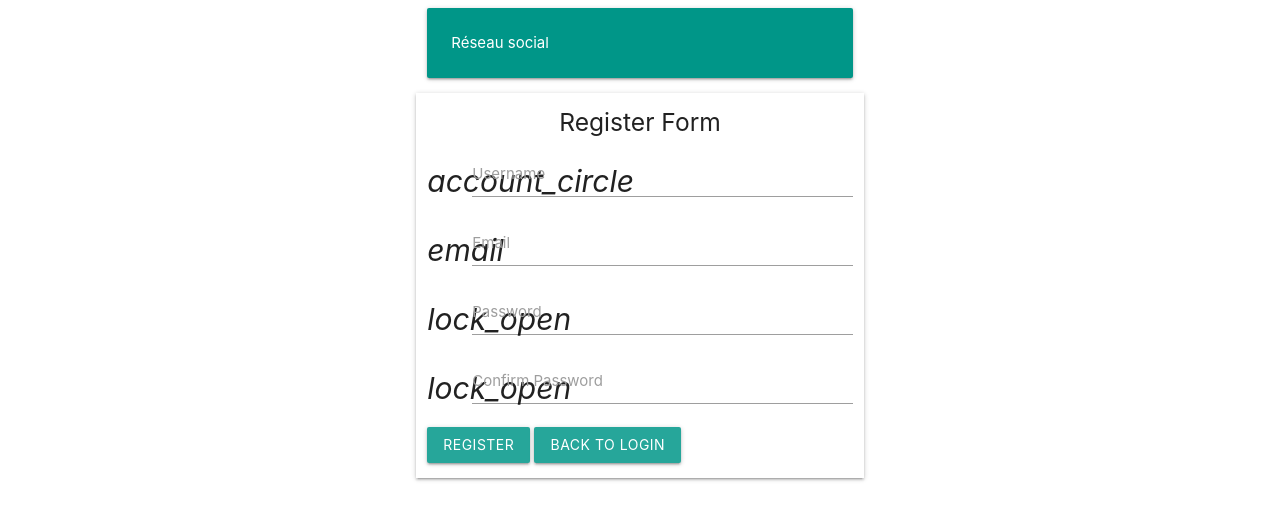
Repository: thdal/Atelier_JEE_16_02
Page: http://localhost/Atelier_JEE_16_02/WEB-INF/pages/connexion/FormRegister.jsp
The author's editor kept a copy of each file at every save. The page is drawn from the files as they stood at one save, then again after the next save.
The browser window is 1280 px wide. The pictures show the whole page.
The page is served by Tomcat 9. Nobody is signed in. Other server files are loaded and not shown. The template is opened directly, without the code that normally fills it, so the values that code supplies are empty.

Above is the page before, as saved 2021-02-22 07:17:34.

### Atelier_JEE_16_02/src/main/webapp/WEB-INF/pages/connexion/FormRegister.jsp
<%@ page language="java" contentType="text/html; charset=ISO-8859-1"
    pageEncoding="ISO-8859-1"%>
<!DOCTYPE>
<html>
<head>
<link rel="stylesheet" href="https://cdnjs.cloudflare.com/ajax/libs/materialize/1.0.0/css/materialize.min.css">
	  <link href="https://fonts.googleapis.com/icon?family=Material+Icons" rel="stylesheet">
<meta http-equiv="Content-Type" content="text/html; charset=ISO-8859-1">
<title>Formulaire d'enregistrement</title>
</head>
<body>
<div class="container">

      <div class="row">
       <div class="col s6 offset-s3 ">
	        <div class="card-panel teal">
	          <span class="white-text">Réseau social</span>
	        </div>
	      </div>

          <div class="col s6 offset-s3 z-depth-1" id="panell">
            <h5 style="text-align: center;" id="title">Register Form</h5>
            <form>

        <div class="input-field" id="username">
        	 <i class="material-icons prefix">account_circle</i>
	         <input  type="text" class="validate">
	         <label for="username">Username</label>
        </div>
        <div class="input-field" id="username">
             <i class="material-icons prefix">email</i>
	         <input  type="text" class="validate">
	         <label for="username">Email</label>
        </div>
        <div class="input-field" id="password">
            <i class="material-icons prefix">lock_open</i>
            <input  type="password" class="validate">
            <label for="password">Password</label>
        </div>
        <div class="input-field" id="password">
            <i class="material-icons prefix">lock_open</i>
            <input  type="password" class="validate">
            <label for="password">Confirm Password</label>
        </div>
        <a class="waves-effect waves-light btn" id="loginbtn">Register</a>
        <a href="connexion" class="waves-effect waves-light btn" id="loginbtn">Back to login</a>

        </form>

        </div>
      </div>

    </div>

</body>
    <script src="https://cdnjs.cloudflare.com/ajax/libs/materialize/1.0.0/js/materialize.min.js"></script>
</html>

After the next save:
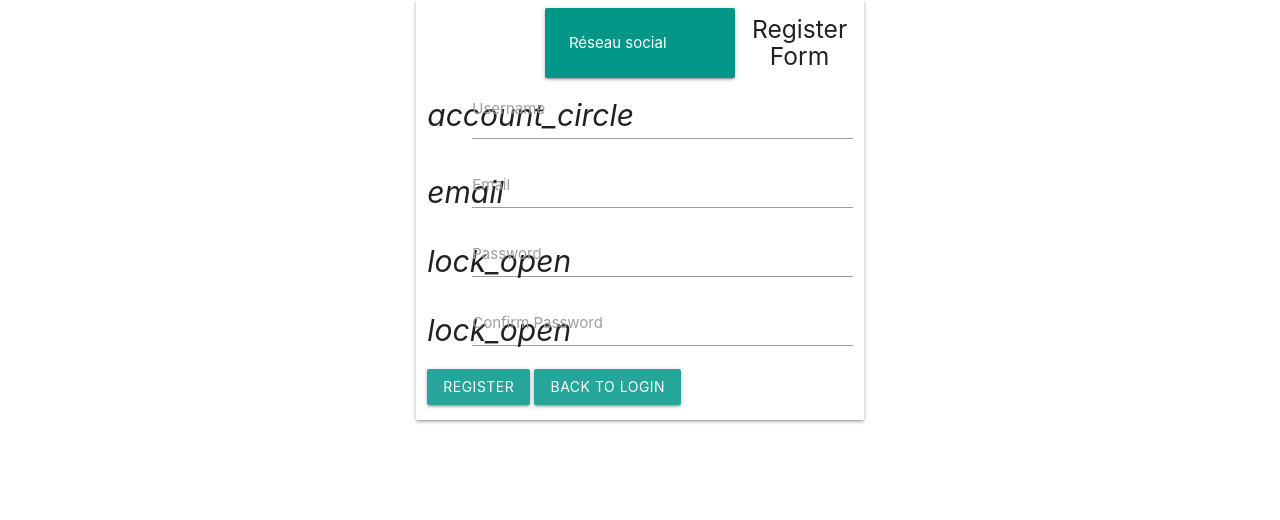
Saved 83 s later.
--- a/Atelier_JEE_16_02/src/main/webapp/WEB-INF/pages/connexion/FormRegister.jsp
+++ b/Atelier_JEE_16_02/src/main/webapp/WEB-INF/pages/connexion/FormRegister.jsp
@@ -12,13 +12,14 @@
 <div class="container">
 
       <div class="row">
+      <div class="col s6 offset-s3 z-depth-1" id="panell">
        <div class="col s6 offset-s3 ">
 	        <div class="card-panel teal">
 	          <span class="white-text">Réseau social</span>
 	        </div>
 	      </div>
 
-          <div class="col s6 offset-s3 z-depth-1" id="panell">
+
             <h5 style="text-align: center;" id="title">Register Form</h5>
             <form>
 
